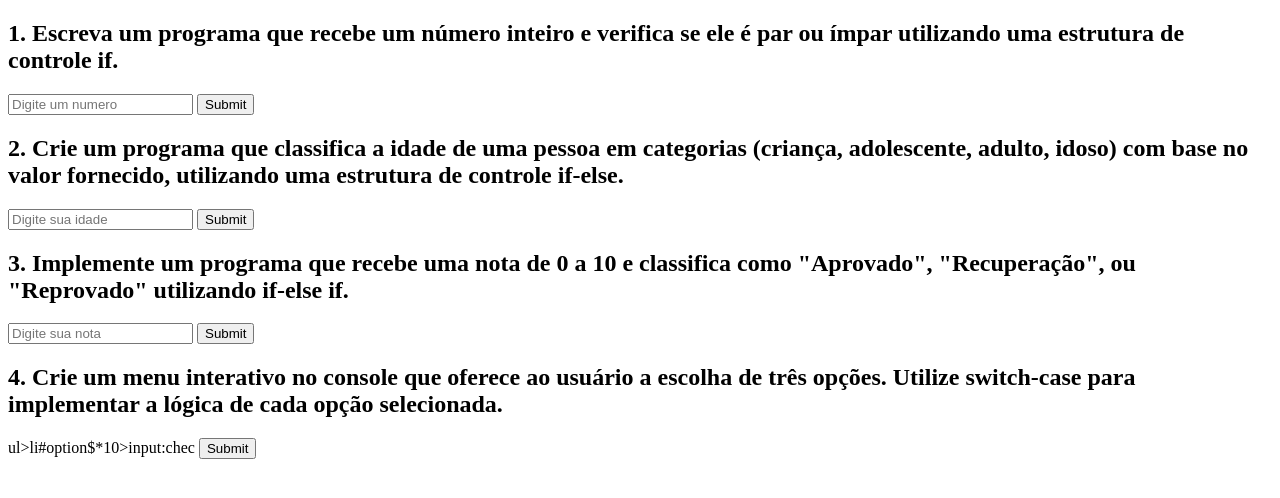
Repository: chidekina/prati-logica
Page: index.html
These files come from the project's save history. The page is drawn as it stood at one moment and after a run of saves; the edit follows.
The browser window is 1280 px wide. The pictures show the whole page.

Above is the page before, as saved 2025-04-29 14:27:08.

After the next 2 saves:
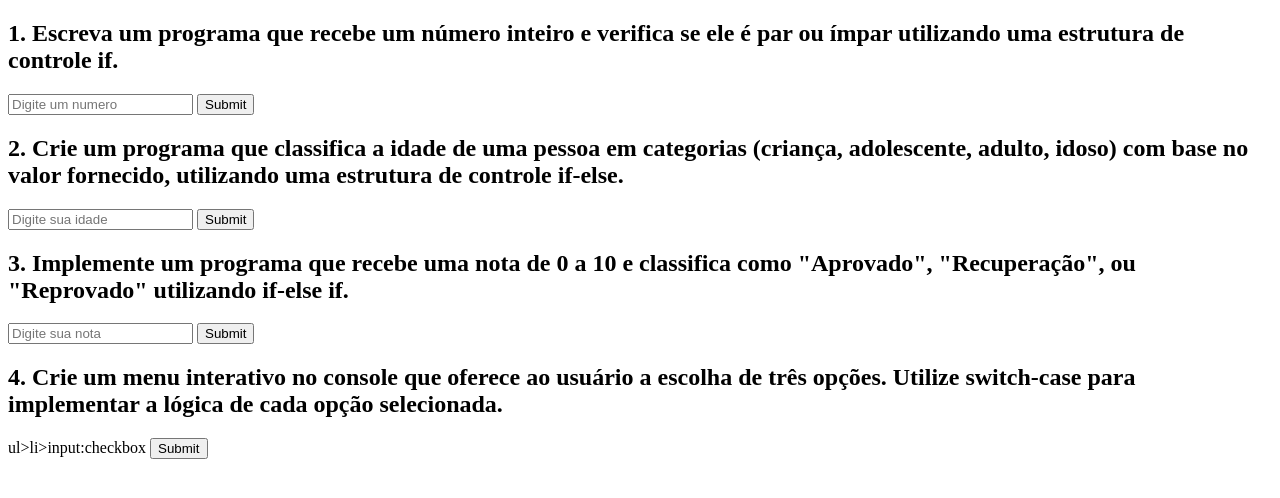
The 2 saves are shown as one change because they came seconds apart.
The last was saved 9 s later.
--- a/index.html
+++ b/index.html
@@ -47,7 +47,7 @@ controle if-else.
 Utilize switch-case para implementar a lógica de cada opção selecionada.
     </h2>
     <div>
-        ul>li#option$*10>input:chec
+        ul>li>input:checkbox
         <input type="submit" onclick="aprovacao()">
     </div>
     <h3 id="answer3"></h3>
